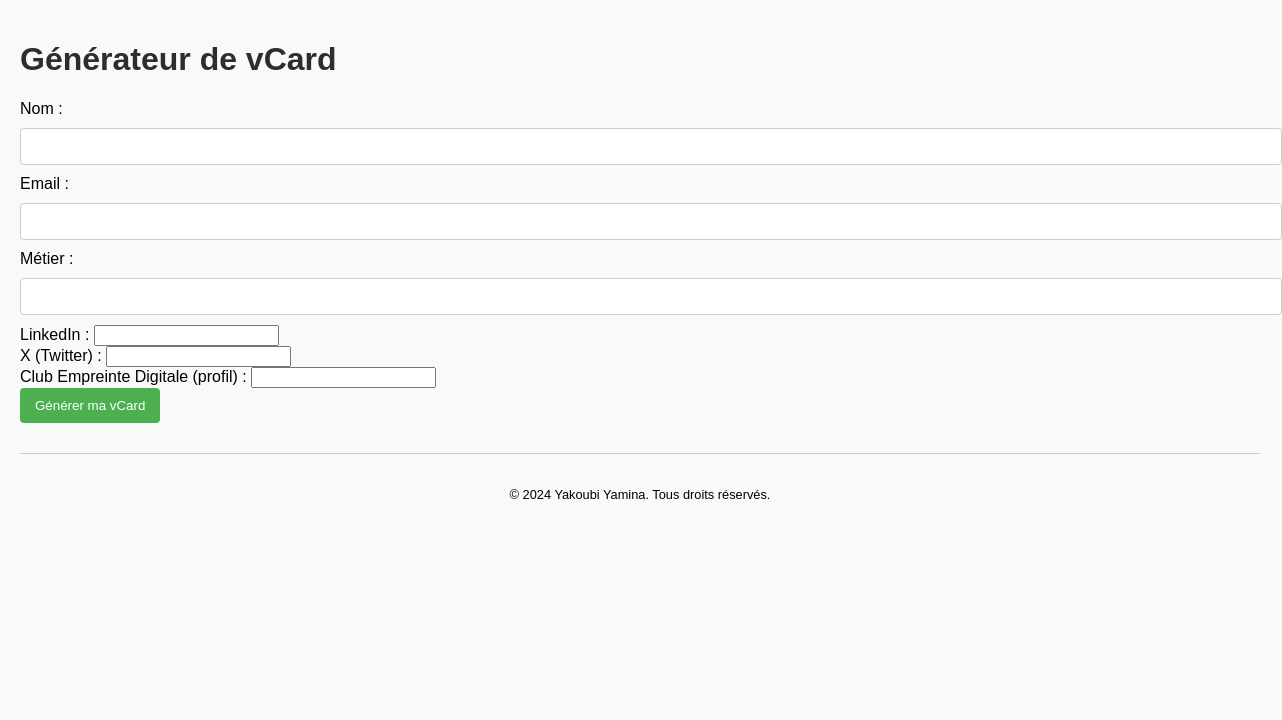
Repository: PrettyhowQ/yakoubi-yamina-club-empreinte-digitale
Page: frontend/index.html
The author's editor kept a copy of each file at every save. The page is drawn from the files as they stood at one save, then again after the next save.
The browser window is 1280 px wide. The page is 1282 px wide, then 1280 px, so the pictures cover 1282 px, including what lies to the right of the window. The pictures show the whole page.

Above is the page before, as saved 2025-05-17 20:46:26.

### frontend/index.html
<!DOCTYPE html>
<html lang="fr">
<head>
  <link rel="stylesheet" href="styles.css">
  <meta charset="UTF-8">
  <title>Générateur de vCard - Club Empreinte Digitale</title>
  <link rel="stylesheet" href="styles.css">
</head>
<body>
  <h1>Générateur de vCard</h1>
  <form method="post" action="/generate-vcard">
    <label for="name">Nom :</label>
    <input type="text" id="name" name="name" required><br>

    <label for="email">Email :</label>
    <input type="email" id="email" name="email" required><br>

    <label for="job">Métier :</label>
    <input type="text" id="job" name="job"><br>

    <label for="linkedin">LinkedIn :</label>
    <input type="url" id="linkedin" name="linkedin"><br>

    <label for="twitter">X (Twitter) :</label>
    <input type="url" id="twitter" name="twitter"><br>

    <label for="club_profile">Club Empreinte Digitale (profil) :</label>
    <input type="url" id="club_profile" name="club_profile"><br>

    <button type="submit">Générer ma vCard</button>
  </form>
  <footer>
    <p>© 2024 Yakoubi Yamina. Tous droits réservés.</p>
  </footer>
</body>
</html>

### frontend/styles.css
body {
  font-family: Arial, sans-serif;
  background-color: #f9f9f9;
  margin: 0;
  padding: 20px;
}

h1, h2, h3 {
  color: #2d2d2d;
}

.container {
  max-width: 800px;
  margin: 0 auto;
  background-color: #fff;
  padding: 20px;
  box-shadow: 0 0 10px rgba(0, 0, 0, 0.1);
  border-radius: 8px;
}

form {
  margin-top: 20px;
}

input[type="text"], input[type="email"], textarea {
  width: 100%;
  padding: 10px;
  margin: 10px 0;
  border: 1px solid #ccc;
  border-radius: 4px;
}

button {
  background-color: #4CAF50;
  color: white;
  padding: 10px 15px;
  border: none;
  border-radius: 4px;
  cursor: pointer;
}

button:hover {
  background-color: #45a049;
}

footer {
  text-align: center;
  font-size: 0.8em;
  margin-top: 30px;
  padding-top: 20px;
  border-top: 1px solid #ccc;
}

### frontend/public/styles.css
body {
  margin: 0;
  font-family: 'Segoe UI', sans-serif;
  background-color: #1e1e1e;
  color: #ffffff;
  display: flex;
  justify-content: center;
  align-items: center;
  height: 100vh;
}

.container {
  background-color: #2a2a2a;
  padding: 40px;
  border-radius: 12px;
  width: 90%;
  max-width: 500px;
  box-shadow: 0 0 10px rgba(0,0,0,0.4);
}

h1 {
  text-align: center;
  margin-bottom: 30px;
}

form label {
  display: block;
  margin-top: 15px;
  font-weight: 500;
}

form input {
  width: 100%;
  padding: 10px;
  border-radius: 6px;
  border: 1px solid #555;
  background-color: #3a3a3a;
  color: #fff;
  margin-top: 5px;
}

button {
  margin-top: 20px;
  width: 100%;
  padding: 12px;
  background-color: #00c853;
  color: white;
  border: none;
  border-radius: 6px;
  font-size: 16px;
  cursor: pointer;
  transition: background 0.3s ease;
}

button:hover {
  background-color: #00b248;
}

footer {
  text-align: center;
  font-size: 12px;
  margin-top: 30px;
  color: #aaa;
}

After the next save:
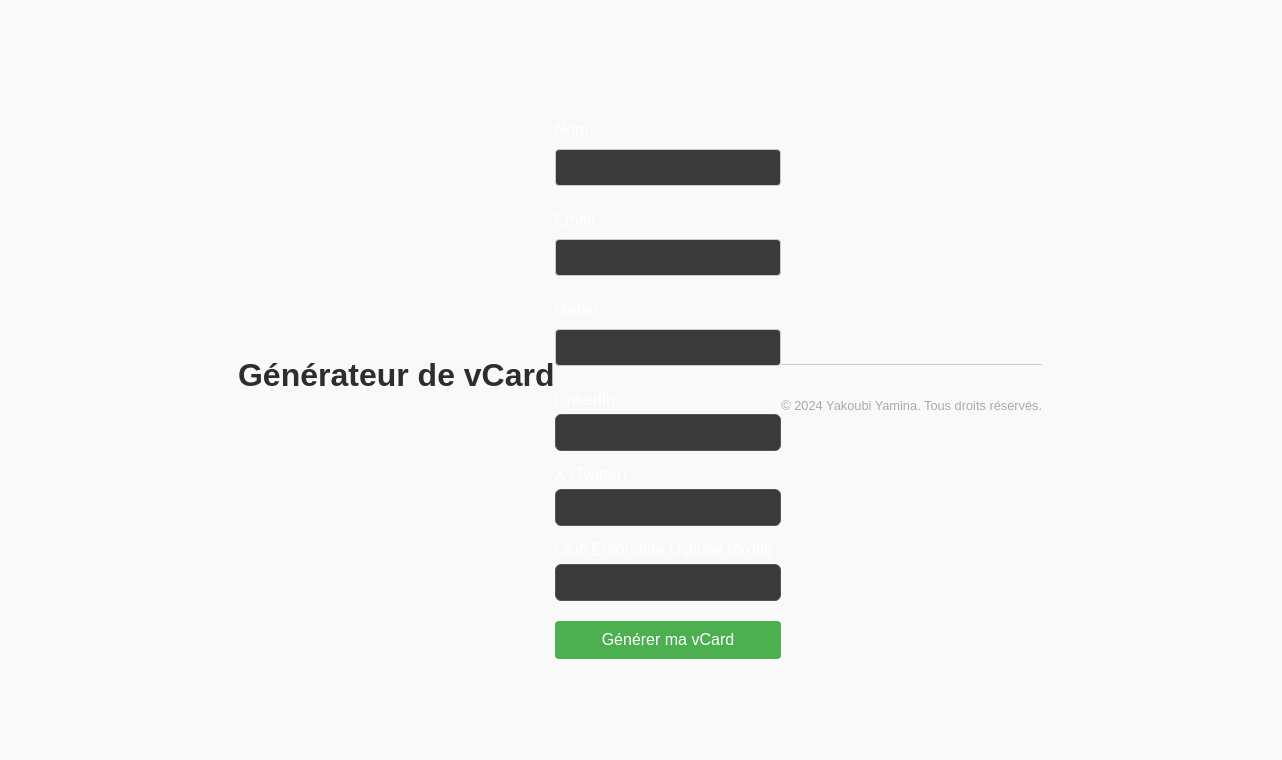
Saved 8 min 50 s later.
--- a/frontend/index.html
+++ b/frontend/index.html
@@ -1,4 +1,4 @@
-<!DOCTYPE html>
+<link rel="stylesheet" href="public/styles.css">
 <html lang="fr">
 <head>
   <link rel="stylesheet" href="styles.css">
